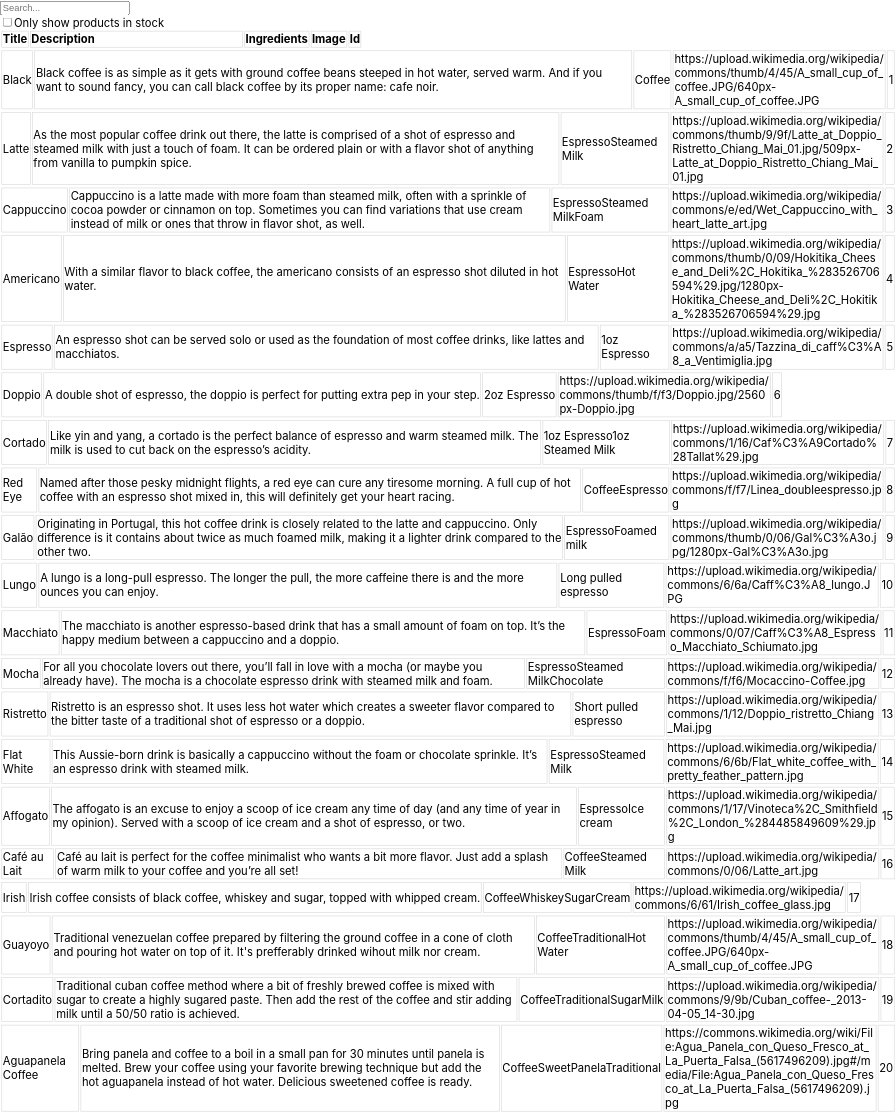
Repository: mariocapitbrok/reactjs-learn
Page: / (app in 05_filtered-data-table/)
The author's editor kept a copy of each file at every save. The page is drawn from the files as they stood at one save, then again after the next save.
The browser window is 1280 px wide. The pictures show the part of the page from y = 0 to 1920 px (the page is 1590 px tall before and 4010 px after), at 70% of full size.
The project was rebuilt for these pictures with package versions that can differ from the ones it lists, and the page was loaded fresh each time.

Above is the page before, as saved 2023-02-26 02:33:38.

### 05_filtered-data-table/src/App.js
import SearchInput from './components/SearchInput'
import ToogleOption from './components/ToogleOption'
import Table from './components/Table'
import './App.css'

function App() {
  return (
    <div className="App">
      <SearchInput />
      <ToogleOption />
      <Table id="my-table" data={dataC} />
    </div>
  )
}

export default App

const PRODUCTS = [
  { category: 'Fruits', price: '$1', stocked: true, name: 'Apple' },
  { category: 'Fruits', price: '$1', stocked: true, name: 'Dragonfruit' },
  { category: 'Fruits', price: '$2', stocked: false, name: 'Passionfruit' },
  { category: 'Vegetables', price: '$2', stocked: true, name: 'Spinach' },
  { category: 'Vegetables', price: '$4', stocked: false, name: 'Pumpkin' },
  { category: 'Vegetables', price: '$1', stocked: true, name: 'Peas' },
]

const COFFEE = [
  {
    title: 'Black',
    description:
      'Black coffee is as simple as it gets with ground coffee beans steeped in hot water, served warm. And if you want to sound fancy, you can call black coffee by its proper name: cafe noir.',
    ingredients: ['Coffee'],
    image:
      'https://upload.wikimedia.org/wikipedia/commons/thumb/4/45/A_small_cup_of_coffee.JPG/640px-A_small_cup_of_coffee.JPG',
    id: 1,
  },
  {
    title: 'Latte',
    description:
      'As the most popular coffee drink out there, the latte is comprised of a shot of espresso and steamed milk with just a touch of foam. It can be ordered plain or with a flavor shot of anything from vanilla to pumpkin spice.',
    ingredients: ['Espresso', 'Steamed Milk'],
    image:
      'https://upload.wikimedia.org/wikipedia/commons/thumb/9/9f/Latte_at_Doppio_Ristretto_Chiang_Mai_01.jpg/509px-Latte_at_Doppio_Ristretto_Chiang_Mai_01.jpg',
    id: 2,
  },
  {
    title: 'Cappuccino',
    description:
      'Cappuccino is a latte made with more foam than steamed milk, often with a sprinkle of cocoa powder or cinnamon on top. Sometimes you can find variations that use cream instead of milk or ones that throw in flavor shot, as well.',
    ingredients: ['Espresso', 'Steamed Milk', 'Foam'],
    image:
      'https://upload.wikimedia.org/wikipedia/commons/e/ed/Wet_Cappuccino_with_heart_latte_art.jpg',
    id: 3,
  },
  {
    title: 'Americano',
    description:
      'With a similar flavor to black coffee, the americano consists of an espresso shot diluted in hot water.',
    ingredients: ['Espresso', 'Hot Water'],
    image:
      'https://upload.wikimedia.org/wikipedia/commons/thumb/0/09/Hokitika_Cheese_and_Deli%2C_Hokitika_%283526706594%29.jpg/1280px-Hokitika_Cheese_and_Deli%2C_Hokitika_%283526706594%29.jpg',
    id: 4,
  },
  {
    title: 'Espresso',
    description:
      'An espresso shot can be served solo or used as the foundation of most coffee drinks, like lattes and macchiatos.',
    ingredients: ['1oz Espresso'],
    image:
      'https://upload.wikimedia.org/wikipedia/commons/a/a5/Tazzina_di_caff%C3%A8_a_Ventimiglia.jpg',
    id: 5,
  },
  {
    title: 'Doppio',
    description:
      'A double shot of espresso, the doppio is perfect for putting extra pep in your step.',
    ingredients: ['2oz Espresso'],
    image:
      'https://upload.wikimedia.org/wikipedia/commons/thumb/f/f3/Doppio.jpg/2560px-Doppio.jpg',
    id: 6,
  },
  {
    title: 'Cortado',
    description:
      'Like yin and yang, a cortado is the perfect balance of espresso and warm steamed milk. The milk is used to cut back on the espresso’s acidity.',
    ingredients: ['1oz Espresso', '1oz Steamed Milk'],
    image:
      'https://upload.wikimedia.org/wikipedia/commons/1/16/Caf%C3%A9Cortado%28Tallat%29.jpg',
    id: 7,
  },
  {
    title: 'Red Eye',
    description:
      'Named after those pesky midnight flights, a red eye can cure any tiresome morning. A full cup of hot coffee with an espresso shot mixed in, this will definitely get your heart racing.',
    ingredients: ['Coffee', 'Espresso'],
    image:
      'https://upload.wikimedia.org/wikipedia/commons/f/f7/Linea_doubleespresso.jpg',
    id: 8,
  },
  {
    title: 'Galão',
    description:
      'Originating in Portugal, this hot coffee drink is closely related to the latte and cappuccino. Only difference is it contains about twice as much foamed milk, making it a lighter drink compared to the other two.',
    ingredients: ['Espresso', 'Foamed milk'],
    image:
      'https://upload.wikimedia.org/wikipedia/commons/thumb/0/06/Gal%C3%A3o.jpg/1280px-Gal%C3%A3o.jpg',
    id: 9,
  },
  {
    title: 'Lungo',
    description:
      'A lungo is a long-pull espresso. The longer the pull, the more caffeine there is and the more ounces you can enjoy.',
    ingredients: ['Long pulled espresso'],
    image:
      'https://upload.wikimedia.org/wikipedia/commons/6/6a/Caff%C3%A8_lungo.JPG',
    id: 10,
  },
  {
    title: 'Macchiato',
    description:
      'The macchiato is another espresso-based drink that has a small amount of foam on top. It’s the happy medium between a cappuccino and a doppio.',
    ingredients: ['Espresso', 'Foam'],
    image:
      'https://upload.wikimedia.org/wikipedia/commons/0/07/Caff%C3%A8_Espresso_Macchiato_Schiumato.jpg',
    id: 11,
  },
  {
    title: 'Mocha',
    description:
      'For all you chocolate lovers out there, you’ll fall in love with a mocha (or maybe you already have). The mocha is a chocolate espresso drink with steamed milk and foam.',
    ingredients: ['Espresso', 'Steamed Milk', 'Chocolate'],
    image:
      'https://upload.wikimedia.org/wikipedia/commons/f/f6/Mocaccino-Coffee.jpg',
    id: 12,
  },
  {
    title: 'Ristretto',
    description:
      'Ristretto is an espresso shot. It uses less hot water which creates a sweeter flavor compared to the bitter taste of a traditional shot of espresso or a doppio.',
    ingredients: ['Short pulled espresso'],
    image:
      'https://upload.wikimedia.org/wikipedia/commons/1/12/Doppio_ristretto_Chiang_Mai.jpg',
    id: 13,
  },
  {
    title: 'Flat White',
    description:
      'This Aussie-born drink is basically a cappuccino without the foam or chocolate sprinkle. It’s an espresso drink with steamed milk.',
    ingredients: ['Espresso', 'Steamed Milk'],
    image:
      'https://upload.wikimedia.org/wikipedia/commons/6/6b/Flat_white_coffee_with_pretty_feather_pattern.jpg',
    id: 14,
  },
  {
    title: 'Affogato',
    description:
      'The affogato is an excuse to enjoy a scoop of ice cream any time of day (and any time of year in my opinion). Served with a scoop of ice cream and a shot of espresso, or two.',
    ingredients: ['Espresso', 'Ice cream'],
    image:
      'https://upload.wikimedia.org/wikipedia/commons/1/17/Vinoteca%2C_Smithfield%2C_London_%284485849609%29.jpg',
    id: 15,
  },
  {
    title: 'Café au Lait',
    description:
      'Café au lait is perfect for the coffee minimalist who wants a bit more flavor. Just add a splash of warm milk to your coffee and you’re all set!',
    ingredients: ['Coffee', 'Steamed Milk'],
    image: 'https://upload.wikimedia.org/wikipedia/commons/0/06/Latte_art.jpg',
    id: 16,
  },
  {
    title: 'Irish',
    description:
      'Irish coffee consists of black coffee, whiskey and sugar, topped with whipped cream.',
    ingredients: ['Coffee', 'Whiskey', 'Sugar', 'Cream'],
    image:
      'https://upload.wikimedia.org/wikipedia/commons/6/61/Irish_coffee_glass.jpg',
    id: 17,
  },
  {
    title: 'Guayoyo',
    description:
      "Traditional venezuelan coffee prepared by filtering the ground coffee in a cone of cloth and pouring hot water on top of it. It's prefferably drinked wihout milk nor cream.",
    ingredients: ['Coffee', 'Traditional', 'Hot Water'],
    image:
      'https://upload.wikimedia.org/wikipedia/commons/thumb/4/45/A_small_cup_of_coffee.JPG/640px-A_small_cup_of_coffee.JPG',
    id: 18,
  },
  {
    title: 'Cortadito',
    description:
      'Traditional cuban coffee method where a bit of freshly brewed coffee is mixed with sugar to create a highly sugared paste. Then add the rest of the coffee and stir adding milk until a 50/50 ratio is achieved.',
    ingredients: ['Coffee', 'Traditional', 'Sugar', 'Milk'],
    image:
      'https://upload.wikimedia.org/wikipedia/commons/9/9b/Cuban_coffee-_2013-04-05_14-30.jpg',
    id: 19,
  },
  {
    title: 'Aguapanela Coffee',
    description:
      'Bring panela and coffee to a boil in a small pan for 30 minutes until panela is melted. Brew your coffee using your favorite brewing technique but add the hot aguapanela instead of hot water. Delicious sweetened coffee is ready.',
    ingredients: ['Coffee', 'Sweet', 'Panela', 'Traditional'],
    image:
      'https://commons.wikimedia.org/wiki/File:Agua_Panela_con_Queso_Fresco_at_La_Puerta_Falsa_(5617496209).jpg#/media/File:Agua_Panela_con_Queso_Fresco_at_La_Puerta_Falsa_(5617496209).jpg',
    id: 20,
  },
]

const dataA = PRODUCTS

const dataB = PRODUCTS.map(p => ({
  name: p.name,
  price: parseFloat(p.price.slice(1)).toFixed(2),
}))

const dataC = COFFEE

### 05_filtered-data-table/src/components/SearchInput.jsx
function SearchInput() {
  return (
    <div>
      <input type="text" placeholder="Search..." />
    </div>
  )
}

export default SearchInput

### 05_filtered-data-table/src/components/ToogleOption.jsx
function ToogleOption() {
  return (
    <div>
      <label>
        <input type="checkbox" />
        {`Only show products in stock`}
      </label>
    </div>
  )
}

export default ToogleOption

### 05_filtered-data-table/src/components/Table.jsx
import '../App.css'

function Table({ id, data }) {
  const tableHeaders = createTableHeaders(data)
  const tableRows = createTableRows(data)

  return (
    <table id={id}>
      <thead>{tableHeaders}</thead>
      <tbody>{tableRows}</tbody>
    </table>
  )
}

export default Table

function createTableHeaders(data) {
  const keys = Object.keys(data[0])
  const headerCells = keys.map(key => (
    <th key={key} className={key}>
      {key}
    </th>
  ))

  return <tr>{headerCells}</tr>
}

function createTableRows(data) {
  return data.map(row => {
    const cells = Object.entries(row).map(([key, value]) => (
      <td key={row.id ? `${row.id}-${key}` : createUniqueId()} className={key}>
        {value}
      </td>
    ))
    return <tr key={row.id || createUniqueId()}>{cells}</tr>
  })
}

function createUniqueId() {
  const randomStr = Math.random().toString(36).slice(2, 11)
  return `${randomStr}`
}

### 05_filtered-data-table/src/App.css

/* Table*/
#my-table {
  display: grid;
}

#my-table thead {
  display:contents;
}

#my-table tbody {
  display: contents;
}

#my-table th {
  text-align: left;
}

#my-table th, #my-table td {
  border: 1px solid #ddd;
}

td.price {
  text-align: right;
}

th {
  text-transform: capitalize;
}

th.description {
  min-width: 300px;
}

.image {
  max-width: 300px;
  overflow-wrap: break-word;
}

Loaded but not shown: 05_filtered-data-table/public/index.html (common file); 05_filtered-data-table/src/index.js (common file); 05_filtered-data-table/src/index.css (common file); 05_filtered-data-table/src/reportWebVitals.js (common file)

After the next save:
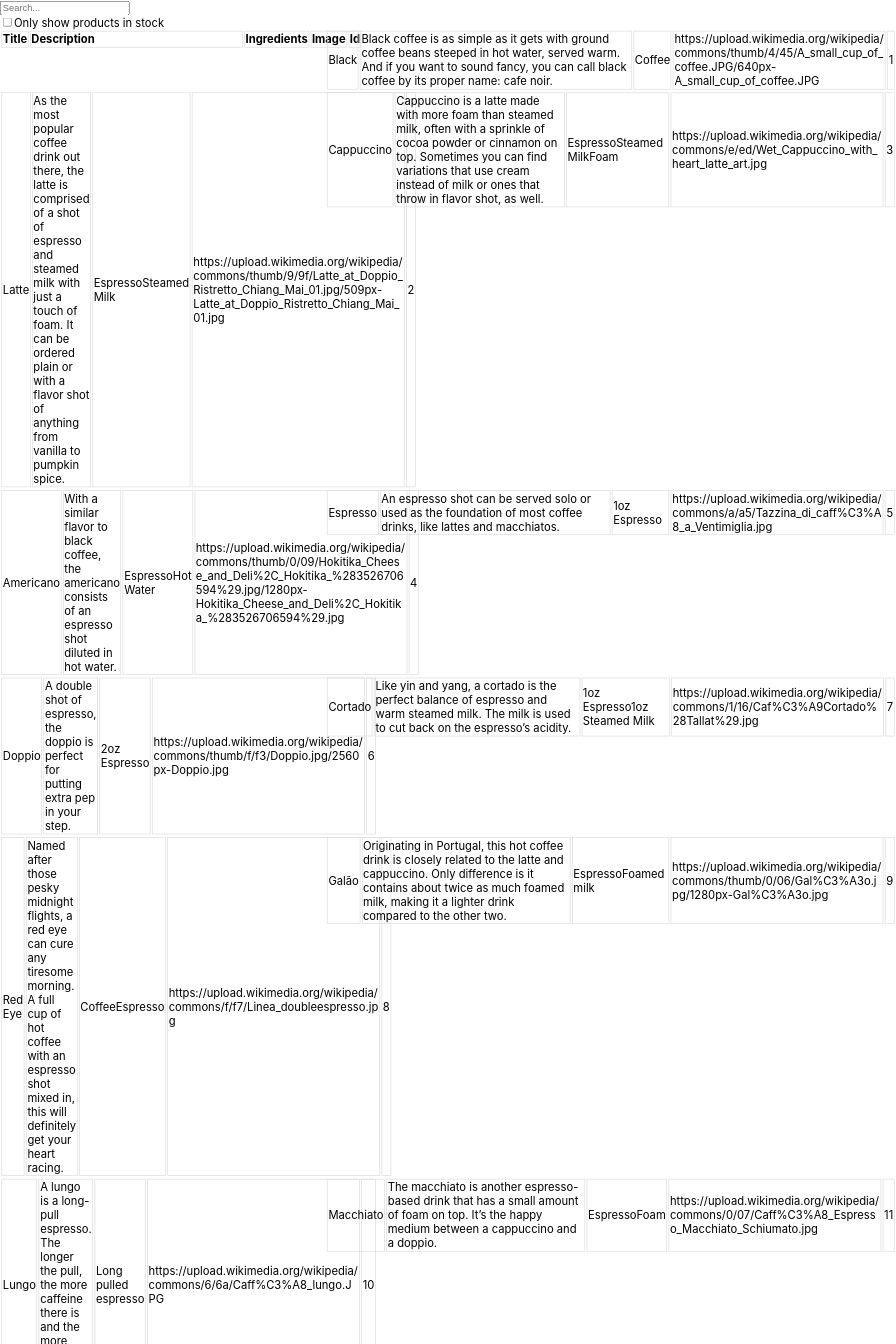
Saved 48 s later.
--- a/05_filtered-data-table/src/App.css
+++ b/05_filtered-data-table/src/App.css
@@ -2,6 +2,7 @@
 /* Table*/
 #my-table {
   display: grid;
+  grid-template-columns: minmax(150px, 1.33fr) minmax(150px, 2.33fr);
 }
 
 #my-table thead {
